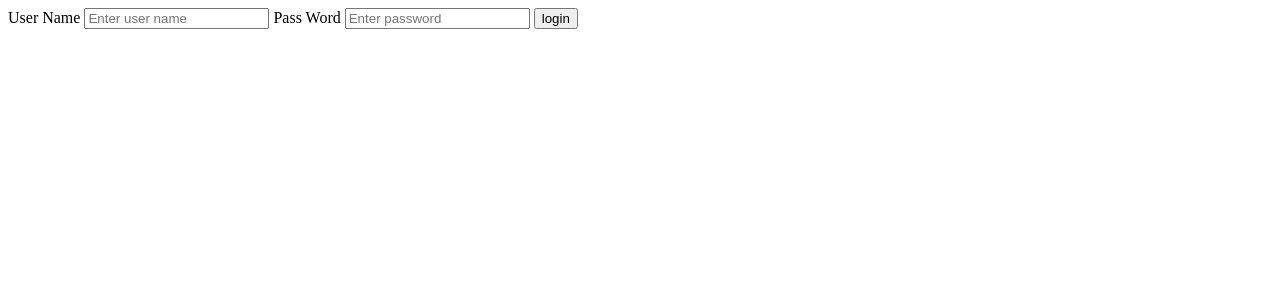
Repository: aishwarya-sankhla/JavaTraining
Page: WebApplication/WebContent/index.html
The author's editor kept a copy of each file at every save. The page is drawn from the files as they stood at one save, then again after the next save.
The browser window is 1280 px wide. The pictures show the whole page.

Above is the page before, as saved 2018-09-28 11:17:05.

After the next save:
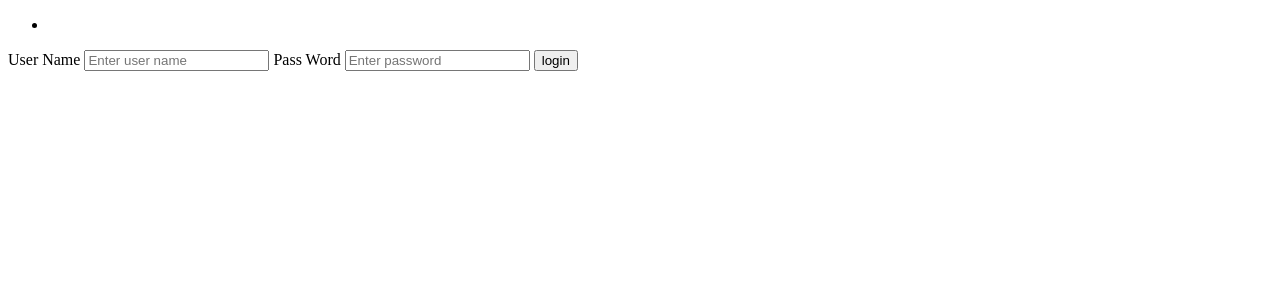
Saved 93 s later.
--- a/WebApplication/WebContent/index.html
+++ b/WebApplication/WebContent/index.html
@@ -5,7 +5,9 @@
 <title>Web Application</title>
 </head>
 <body>
-
+<ul>
+<li><a href="MovieServlet"></a></li>
+</ul>
 <form action="login" method="post">
 	<label for="userName">User Name</label>
 	<input type="text" name="userName" placeholder="Enter user name" id="userName"/>
